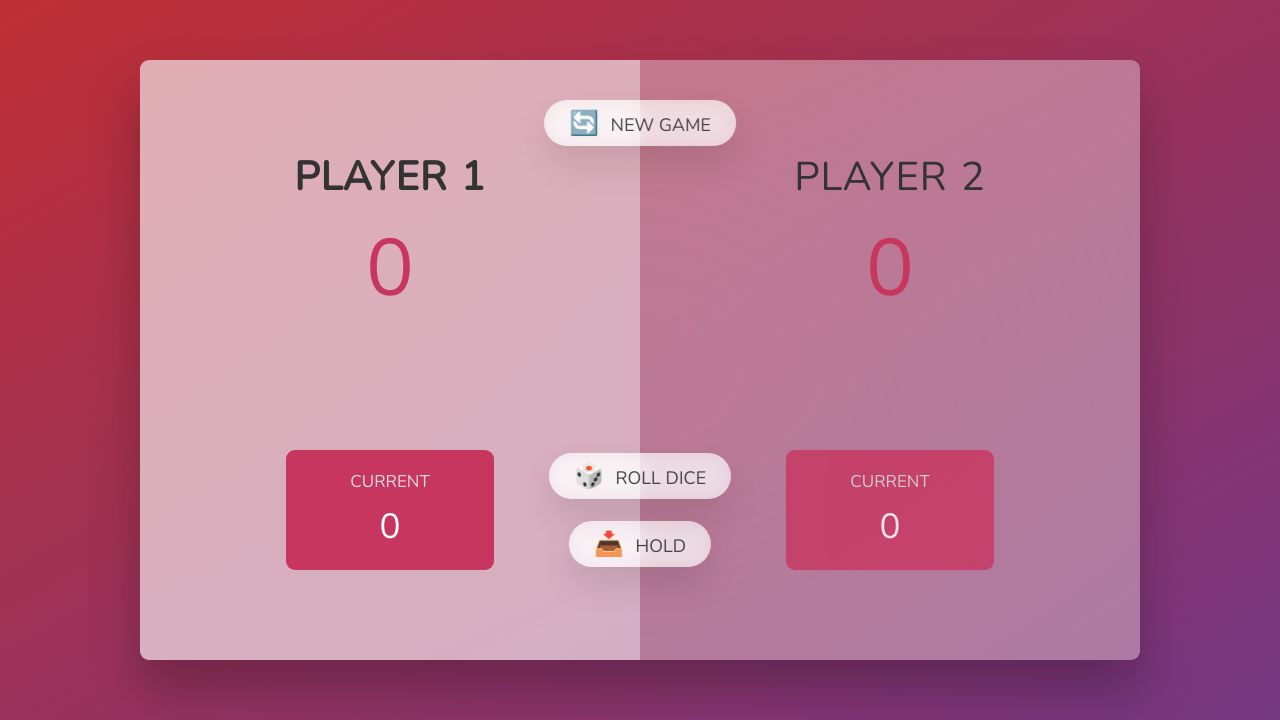
Repository: AbanoubSamyTawfek2002/pig-game
Page: index.html
An editor plug-in stored every save of this project. The page is shown before and after the next save, followed by the edit.
The browser window is 1280 px wide. The pictures show the whole page.

Above is the page before, as saved 2025-09-29 00:11:06.

After the next save:
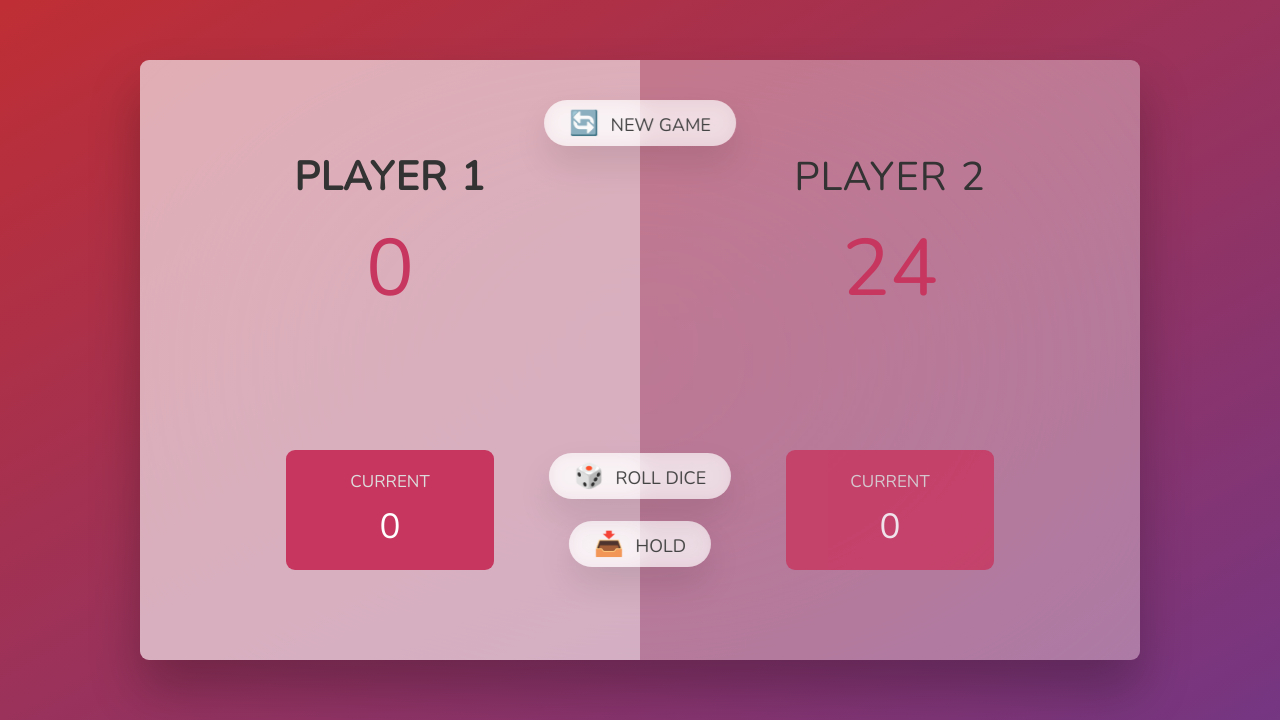
Saved 45 s later.
--- a/script.js
+++ b/script.js
@@ -12,7 +12,6 @@
 const playerActive1 = document.querySelector('.player--1');
 let currentscore0 = 0;
 score0El.textContent = 0;
-score1El.textContent = 0;
 diceEl.classList.add('hidden');
 
 btnRoll.addEventListener('click', () => {
